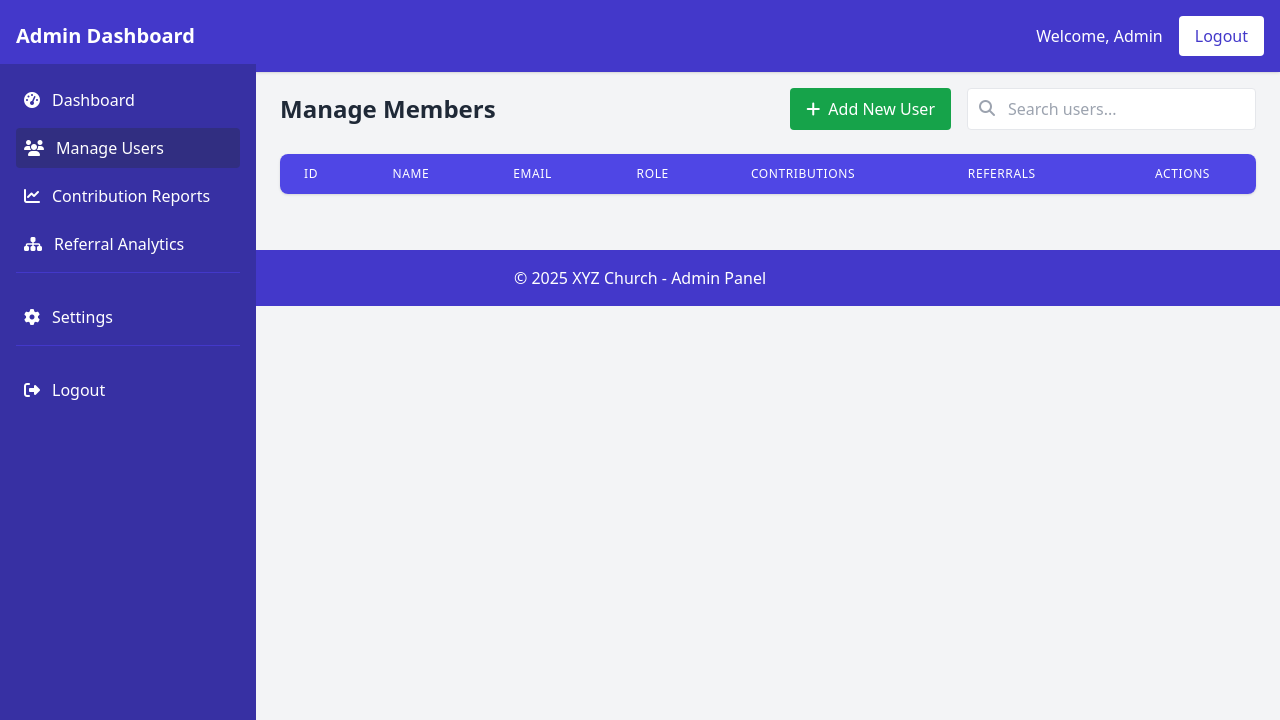
Repository: Lista-KM/church-platform
Page: http://localhost/admin/manage_users.php
These files come from the project's save history. The page is drawn as it stood at one moment and after the next save; the edit follows.
The browser window is 1280 px wide. The pictures show the whole page.
Some web libraries are served in a nearby version. The page is run by PHP 8.4 with error messages shown; the project is at /var/www/html/. The session is filled in as if someone had signed in: {"user_id": 1, "is_admin": 1}. Other server files are loaded and not shown. Queries for data that is not in the repository find no rows.

Above is the page before, as saved 2025-04-16 07:49:03.

### admin/manage_users.php
<?php
// MANAGE USERS - manage_users.php
include '../includes/auth.php';
include '../includes/functions.php';
include '../includes/db.php';

if (!($_SESSION['is_admin'] ?? false)) {
    header("Location: dashboard.php");
    exit();
}

// Process form submissions
if ($_SERVER['REQUEST_METHOD'] === 'POST') {
    // Handle user role update
    if (isset($_POST['action']) && $_POST['action'] === 'update_role') {
        $user_id = $_POST['user_id'] ?? 0;
        $is_admin = isset($_POST['is_admin']) ? 1 : 0;

        $stmt = $pdo->prepare("UPDATE users SET is_admin = ? WHERE id = ?");
        $result = $stmt->execute([$is_admin, $user_id]);

        if ($result) {
            $success_message = "User role updated successfully!";
        } else {
            $error_message = "Failed to update user role.";
        }
    }

    // Handle user deletion
    if (isset($_POST['action']) && $_POST['action'] === 'delete_user') {
        $user_id = $_POST['user_id'] ?? 0;

        // Check if user has referrals
        $stmt = $pdo->prepare("SELECT COUNT(*) as count FROM users WHERE referred_by = ?");
        $stmt->execute([$user_id]);
        $has_referrals = $stmt->fetch()['count'] > 0;

        if ($has_referrals) {
            $error_message = "Cannot delete user with referrals. Remove referrals first.";
        } else {
            // Delete user's contributions first (foreign key constraint)
            $stmt = $pdo->prepare("DELETE FROM contributions WHERE user_id = ?");
            $stmt->execute([$user_id]);

            // Delete user
            $stmt = $pdo->prepare("DELETE FROM users WHERE id = ?");
            $result = $stmt->execute([$user_id]);

            if ($result) {
                $success_message = "User deleted successfully!";
            } else {
                $error_message = "Failed to delete user.";
            }
        }
    }

    // Handle user edit
    if (isset($_POST['action']) && $_POST['action'] === 'edit_user') {
        $user_id = $_POST['user_id'] ?? 0;
        $name = $_POST['name'] ?? '';
        $email = $_POST['email'] ?? '';

        if (empty($name) || empty($email)) {
            $error_message = "Name and email are required.";
        } else {
            $stmt = $pdo->prepare("UPDATE users SET name = ?, email = ? WHERE id = ?");
            $result = $stmt->execute([$name, $email, $user_id]);

            if ($result) {
                $success_message = "User information updated successfully!";
            } else {
                $error_message = "Failed to update user information.";
            }
        }
    }
}

// Get all users
$stmt = $pdo->query("SELECT users.*, COALESCE(SUM(contributions.amount), 0) as total_contributions,
                    (SELECT COUNT(*) FROM users as u WHERE u.referred_by = users.id) as referral_count
                    FROM users
                    LEFT JOIN contributions ON users.id = contributions.user_id
                    GROUP BY users.id
                    ORDER BY users.name");
$users = $stmt->fetchAll();

?>
<!DOCTYPE html>
<html lang="en">

<head>
    <meta charset="UTF-8">
    <meta name="viewport" content="width=device-width, initial-scale=1.0">
    <title>Manage Users - Admin Dashboard</title>
    <script src="https://cdn.tailwindcss.com"></script>
    <link rel="stylesheet" href="https://cdnjs.cloudflare.com/ajax/libs/font-awesome/6.4.0/css/all.min.css">
</head>

<body class="bg-gray-100 text-gray-800">
    <!-- Header -->
    <header class="bg-indigo-700 text-white p-4 flex justify-between items-center shadow fixed w-full z-10">
        <div class="flex items-center">
            <button id="sidebar-toggle" class="mr-3 text-white md:hidden">
                <i class="fas fa-bars text-xl"></i>
            </button>
            <h1 class="text-xl font-semibold">Admin Dashboard</h1>
        </div>
        <div class="flex items-center space-x-4">
            <span class="hidden md:inline">Welcome, <?php echo htmlspecialchars($_SESSION['name'] ?? 'Admin'); ?></span>
            <a href="../logout.php"
                class="bg-white text-indigo-700 px-4 py-2 rounded hover:bg-gray-100 transition">Logout</a>
        </div>
    </header>

    <div class="flex pt-16">
        <!-- Sidebar -->
        <aside id="sidebar"
            class="bg-indigo-800 text-white w-64 min-h-screen fixed z-10 transition-transform duration-300 ease-in-out md:translate-x-0 transform -translate-x-full">
            <div class="p-4">

                <nav>
                    <ul class="space-y-2">
                        <li>
                            <a href="dashboard.php" class="flex items-center p-2 rounded hover:bg-indigo-900">
                                <i class="fas fa-tachometer-alt mr-3"></i>
                                <span>Dashboard</span>
                            </a>
                        </li>
                        <li>
                            <a href="manage_users.php" class="flex items-center p-2 rounded bg-indigo-900">
                                <i class="fas fa-users mr-3"></i>
                                <span>Manage Users</span>
                            </a>
                        </li>
                        <li>
                            <a href="contribution_reports.php"
                                class="flex items-center p-2 rounded hover:bg-indigo-900">
                                <i class="fas fa-chart-line mr-3"></i>
                                <span>Contribution Reports</span>
                            </a>
                        </li>
                        <li>
                            <a href="referral_analytics.php" class="flex items-center p-2 rounded hover:bg-indigo-900">
                                <i class="fas fa-sitemap mr-3"></i>
                                <span>Referral Analytics</span>
                            </a>
                        </li>
                        <li class="pt-6 border-t border-indigo-700 mt-6">
                            <a href="settings.php" class="flex items-center p-2 rounded hover:bg-indigo-900">
                                <i class="fas fa-cog mr-3"></i>
                                <span>Settings</span>
                            </a>
                        </li>
                        <li class="pt-6 border-t border-indigo-700 mt-6">
                            <a href="../logout.php" class="flex items-center p-2 rounded hover:bg-indigo-900">
                                <i class="fas fa-sign-out-alt mr-3"></i>
                                <span>Logout</span>
                            </a>
                        </li>
                    </ul>
                </nav>
            </div>
        </aside>

        <!-- Main Content -->
        <main class="flex-1 p-6 md:ml-64 transition-all duration-300 ease-in-out">
            <!-- Page Title and Actions -->
            <div class="flex flex-col md:flex-row md:justify-between md:items-center mb-6">
                <h2 class="text-2xl font-bold mb-4 md:mb-0">Manage Members</h2>
                <div class="flex flex-col md:flex-row gap-4">
                    <button id="addUserBtn"
                        class="bg-green-600 text-white px-4 py-2 rounded hover:bg-green-700 transition flex items-center">
                        <i class="fas fa-plus mr-2"></i> Add New User
                    </button>
                    <div class="relative">
                        <input type="text" id="userSearch" placeholder="Search users..."
                            class="pl-10 pr-4 py-2 border rounded w-full">
                        <i class="fas fa-search absolute left-3 top-3 text-gray-400"></i>
                    </div>
                </div>
            </div>

            <!-- Alerts -->
            <?php if (isset($success_message)): ?>
            <div class="bg-green-100 border-l-4 border-green-500 text-green-700 p-4 mb-6" role="alert">
                <p><?php echo $success_message; ?></p>
            </div>
            <?php endif; ?>

            <?php if (isset($error_message)): ?>
            <div class="bg-red-100 border-l-4 border-red-500 text-red-700 p-4 mb-6" role="alert">
                <p><?php echo $error_message; ?></p>
            </div>
            <?php endif; ?>

            <!-- Users Table -->
            <div class="bg-white rounded-lg shadow overflow-hidden">
                <div class="overflow-x-auto">
                    <table class="min-w-full divide-y divide-gray-200" id="usersTable">
                        <thead class="bg-indigo-600 text-white">
                            <tr>
                                <th class="px-6 py-3 text-left text-xs font-medium uppercase tracking-wider">ID</th>
                                <th class="px-6 py-3 text-left text-xs font-medium uppercase tracking-wider">Name</th>
                                <th class="px-6 py-3 text-left text-xs font-medium uppercase tracking-wider">Email</th>
                                <th class="px-6 py-3 text-left text-xs font-medium uppercase tracking-wider">Role</th>
                                <th class="px-6 py-3 text-left text-xs font-medium uppercase tracking-wider">
                                    Contributions</th>
                                <th class="px-6 py-3 text-left text-xs font-medium uppercase tracking-wider">Referrals
                                </th>
                                <th class="px-6 py-3 text-center text-xs font-medium uppercase tracking-wider">Actions
                                </th>
                            </tr>
                        </thead>
                        <tbody class="bg-white divide-y divide-gray-200">
                            <?php foreach ($users as $user): ?>
                            <tr class="hover:bg-gray-50">
                                <td class="px-6 py-4 whitespace-nowrap"><?php echo $user['id']; ?></td>
                                <td class="px-6 py-4 whitespace-nowrap"><?php echo htmlspecialchars($user['name']); ?>
                                </td>
                                <td class="px-6 py-4 whitespace-nowrap"><?php echo htmlspecialchars($user['email']); ?>
                                </td>
                                <td class="px-6 py-4 whitespace-nowrap">
                                    <span
                                        class="px-2 inline-flex text-xs leading-5 font-semibold rounded-full <?php echo $user['is_admin'] ? 'bg-indigo-100 text-indigo-800' : 'bg-gray-100 text-gray-800'; ?>">
                                        <?php echo $user['is_admin'] ? 'Admin' : 'User'; ?>
                                    </span>
                                </td>
                                <td class="px-6 py-4 whitespace-nowrap text-green-600 font-medium">
                                    $<?php echo number_format($user['total_contributions'], 2); ?>
                                </td>
                                <td class="px-6 py-4 whitespace-nowrap text-center">
                                    <?php echo $user['referral_count']; ?>
                                </td>
                                <td class="px-6 py-4 whitespace-nowrap text-center">
                                    <button class="text-indigo-600 hover:text-indigo-900 mx-1 editBtn"
                                        data-id="<?php echo $user['id']; ?>"
                                        data-name="<?php echo htmlspecialchars($user['name']); ?>"
                                        data-email="<?php echo htmlspecialchars($user['email']); ?>">
                                        <i class="fas fa-edit"></i>
                                    </button>
                                    <button class="text-blue-600 hover:text-blue-900 mx-1 roleBtn"
                                        data-id="<?php echo $user['id']; ?>"
                                        data-is-admin="<?php echo $user['is_admin']; ?>">
                                        <i class="fas fa-user-shield"></i>
                                    </button>
                                    <button class="text-red-600 hover:text-red-900 mx-1 deleteBtn"
                                        data-id="<?php echo $user['id']; ?>"
                                        data-name="<?php echo htmlspecialchars($user['name']); ?>">
                                        <i class="fas fa-trash-alt"></i>
                                    </button>
                                </td>
                            </tr>
                            <?php endforeach; ?>
                        </tbody>
                    </table>
                </div>
            </div>
        </main>
    </div>

    <!-- Add User Modal -->
    <div id="addUserModal" class="fixed inset-0 bg-gray-600 bg-opacity-50 flex items-center justify-center z-50 hidden">
        <div class="bg-white rounded-lg shadow-lg p-6 w-full max-w-md">
            <div class="flex justify-between items-center mb-4">
                <h3 class="text-xl font-bold">Add New User</h3>
                <button class="text-gray-500 hover:text-gray-700 closeModal">
                    <i class="fas fa-times"></i>
                </button>
            </div>
            <form action="process_add_user.php" method="POST">
                <div class="mb-4">
                    <label for="name" class="block text-gray-700 font-medium mb-2">Name</label>
                    <input type="text" id="name" name="name"
                        class="w-full px-4 py-2 border rounded focus:outline-none focus:ring-2 focus:ring-indigo-500"
                        required>
                </div>
                <div class="mb-4">
                    <label for="email" class="block text-gray-700 font-medium mb-2">Email</label>
                    <input type="email" id="email" name="email"
                        class="w-full px-4 py-2 border rounded focus:outline-none focus:ring-2 focus:ring-indigo-500"
                        required>
                </div>
                <div class="mb-4">
                    <label for="password" class="block text-gray-700 font-medium mb-2">Password</label>
                    <input type="password" id="password" name="password"
                        class="w-full px-4 py-2 border rounded focus:outline-none focus:ring-2 focus:ring-indigo-500"
                        required>
                </div>
                <div class="mb-4">
                    <label class="flex items-center">
                        <input type="checkbox" name="is_admin" class="mr-2">
                        <span>Admin Access</span>
                    </label>
                </div>
                <div class="flex justify-end">
                    <button type="button"
                        class="bg-gray-300 text-gray-800 px-4 py-2 rounded mr-2 closeModal">Cancel</button>
                    <button type="submit" class="bg-indigo-600 text-white px-4 py-2 rounded hover:bg-indigo-700">Add
                        User</button>
                </div>
            </form>
        </div>
    </div>

    <!-- Edit User Modal -->
    <div id="editUserModal"
        class="fixed inset-0 bg-gray-600 bg-opacity-50 flex items-center justify-center z-50 hidden">
        <div class="bg-white rounded-lg shadow-lg p-6 w-full max-w-md">
            <div class="flex justify-between items-center mb-4">
                <h3 class="text-xl font-bold">Edit User</h3>
                <button class="text-gray-500 hover:text-gray-700 closeModal">
                    <i class="fas fa-times"></i>
                </button>
            </div>
            <form method="POST">
                <input type="hidden" name="action" value="edit_user">
                <input type="hidden" name="user_id" id="edit_user_id">
                <div class="mb-4">
                    <label for="edit_name" class="block text-gray-700 font-medium mb-2">Name</label>
                    <input type="text" id="edit_name" name="name"
                        class="w-full px-4 py-2 border rounded focus:outline-none focus:ring-2 focus:ring-indigo-500"
                        required>
                </div>
                <div class="mb-4">
                    <label for="edit_email" class="block text-gray-700 font-medium mb-2">Email</label>
                    <input type="email" id="edit_email" name="email"
                        class="w-full px-4 py-2 border rounded focus:outline-none focus:ring-2 focus:ring-indigo-500"
                        required>
                </div>
                <div class="flex justify-end">
                    <button type="button"
                        class="bg-gray-300 text-gray-800 px-4 py-2 rounded mr-2 closeModal">Cancel</button>
                    <button type="submit" class="bg-indigo-600 text-white px-4 py-2 rounded hover:bg-indigo-700">Update
                        User</button>
                </div>
            </form>
        </div>
    </div>

    <!-- Change Role Modal -->
    <div id="roleUserModal"
        class="fixed inset-0 bg-gray-600 bg-opacity-50 flex items-center justify-center z-50 hidden">
        <div class="bg-white rounded-lg shadow-lg p-6 w-full max-w-md">
            <div class="flex justify-between items-center mb-4">
                <h3 class="text-xl font-bold">Change User Role</h3>
                <button class="text-gray-500 hover:text-gray-700 closeModal">
                    <i class="fas fa-times"></i>
                </button>
            </div>
            <form method="POST">
                <input type="hidden" name="action" value="update_role">
                <input type="hidden" name="user_id" id="role_user_id">
                <div class="mb-4">
                    <label class="flex items-center">
                        <input type="checkbox" name="is_admin" id="is_admin_checkbox" class="mr-2">
                        <span>Admin Access</span>
                    </label>
                    <p class="text-sm text-gray-500 mt-2">
                        Admins have full access to manage users, view reports, and modify system settings.
                    </p>
                </div>
                <div class="flex justify-end">
                    <button type="button"
                        class="bg-gray-300 text-gray-800 px-4 py-2 rounded mr-2 closeModal">Cancel</button>
                    <button type="submit" class="bg-blue-600 text-white px-4 py-2 rounded hover:bg-blue-700">Update
                        Role</button>
                </div>
            </form>
        </div>
    </div>

    <!-- Delete User Modal -->
    <div id="deleteUserModal"
        class="fixed inset-0 bg-gray-600 bg-opacity-50 flex items-center justify-center z-50 hidden">
        <div class="bg-white rounded-lg shadow-lg p-6 w-full max-w-md">
            <div class="flex justify-between items-center mb-4">
                <h3 class="text-xl font-bold">Delete User</h3>
                <button class="text-gray-500 hover:text-gray-700 closeModal">
                    <i class="fas fa-times"></i>
                </button>
            </div>
            <p class="mb-4">Are you sure you want to delete <span id="delete_user_name" class="font-semibold"></span>?
                This action cannot be undone.</p>
            <form method="POST">
                <input type="hidden" name="action" value="delete_user">
                <input type="hidden" name="user_id" id="delete_user_id">
                <div class="flex justify-end">
                    <button type="button"
                        class="bg-gray-300 text-gray-800 px-4 py-2 rounded mr-2 closeModal">Cancel</button>
                    <button type="submit" class="bg-red-600 text-white px-4 py-2 rounded hover:bg-red-700">Delete
                        User</button>
                </div>
            </form>
        </div>
    </div>

    <!-- Footer -->
    <footer class="bg-indigo-700 text-white text-center py-4 mt-8">
        <p>&copy; 2025 XYZ Church - Admin Panel</p>
    </footer>

    <script>
    // Sidebar toggle functionality
    const sidebarToggle = document.getElementById('sidebar-toggle');
    const sidebar = document.getElementById('sidebar');
    const main = document.querySelector('main');

    sidebarToggle.addEventListener('click', () => {
        sidebar.classList.toggle('-translate-x-full');
        main.classList.toggle('md:ml-0');
    });

    // Handle window resize
    window.addEventListener('resize', () => {
        if (window.innerWidth >= 768) {
            main.classList.add('md:ml-64');
            sidebar.classList.add('md:translate-x-0');
        } else {
            sidebar.classList.add('-translate-x-full');
            main.classList.remove('md:ml-0');
        }
    });

    // Modal functionality
    const addUserBtn = document.getElementById('addUserBtn');
    const addUserModal = document.getElementById('addUserModal');

    // Edit User Modal functions
    const editUserModal = document.getElementById('editUserModal');
    const editBtns = document.querySelectorAll('.editBtn');

    // Role User Modal functions
    const roleUserModal = document.getElementById('roleUserModal');
    const roleBtns = document.querySelectorAll('.roleBtn');

    // Delete User Modal functions
    const deleteUserModal = document.getElementById('deleteUserModal');
    const deleteBtns = document.querySelectorAll('.deleteBtn');

    // Close modal buttons
    const closeModalBtns = document.querySelectorAll('.closeModal');

    // Add User Modal
    addUserBtn.addEventListener('click', () => {
        addUserModal.classList.remove('hidden');
    });

    // Edit User Modal
    editBtns.forEach(btn => {
        btn.addEventListener('click', () => {
            const userId = btn.dataset.id;
            const userName = btn.dataset.name;
            const userEmail = btn.dataset.email;

            document.getElementById('edit_user_id').value = userId;
            document.getElementById('edit_name').value = userName;
            document.getElementById('edit_email').value = userEmail;

            editUserModal.classList.remove('hidden');
        });
    });

    // Role User Modal
    roleBtns.forEach(btn => {
        btn.addEventListener('click', () => {
            const userId = btn.dataset.id;
            const isAdmin = btn.dataset.isAdmin === '1';

            document.getElementById('role_user_id').value = userId;
            document.getElementById('is_admin_checkbox').checked = isAdmin;

            roleUserModal.classList.remove('hidden');
        });
    });

    // Delete User Modal
    deleteBtns.forEach(btn => {
        btn.addEventListener('click', () => {
            const userId = btn.dataset.id;
            const userName = btn.dataset.name;

            document.getElementById('delete_user_id').value = userId;
            document.getElementById('delete_user_name').textContent = userName;

            deleteUserModal.classList.remove('hidden');
        });
    });

    // Close all modals
    closeModalBtns.forEach(btn => {
        btn.addEventListener('click', () => {
            addUserModal.classList.add('hidden');
            editUserModal.classList.add('hidden');
            roleUserModal.classList.add('hidden');
            deleteUserModal.classList.add('hidden');
        });
    });

    // Table search functionality
    const userSearch = document.getElementById('userSearch');
    const usersTable = document.getElementById('usersTable');

    userSearch.addEventListener('keyup', function() {
        const searchText = this.value.toLowerCase();
        const rows = usersTable.querySelectorAll('tbody tr');

        rows.forEach(row => {
            const text = row.textContent.toLowerCase();
            row.style.display = text.includes(searchText) ? '' : 'none';
        });
    });
    </script>
</body>

</html>

### includes/auth.php
<?php
session_start();
if (!isset($_SESSION['user_id'])) {
    header("Location: ../login.php");
    exit();
}

### includes/functions.php
<?php
function sanitize($input) {
    return htmlspecialchars(trim($input), ENT_QUOTES, 'UTF-8');
}

### includes/db.php
<?php
$host = 'localhost';
$db   = 'church_platform';
$user = 'lista';
$pass = 'farmgate@2024!';
$charset = 'utf8mb4';

$dsn = "mysql:host=$host;dbname=$db;charset=$charset";
$options = [
    PDO::ATTR_ERRMODE            => PDO::ERRMODE_EXCEPTION,
    PDO::ATTR_DEFAULT_FETCH_MODE => PDO::FETCH_ASSOC,
];

try {
    $pdo = new PDO($dsn, $user, $pass, $options);
} catch (\PDOException $e) {
    exit("Database connection failed: " . $e->getMessage());
}

After the next save:
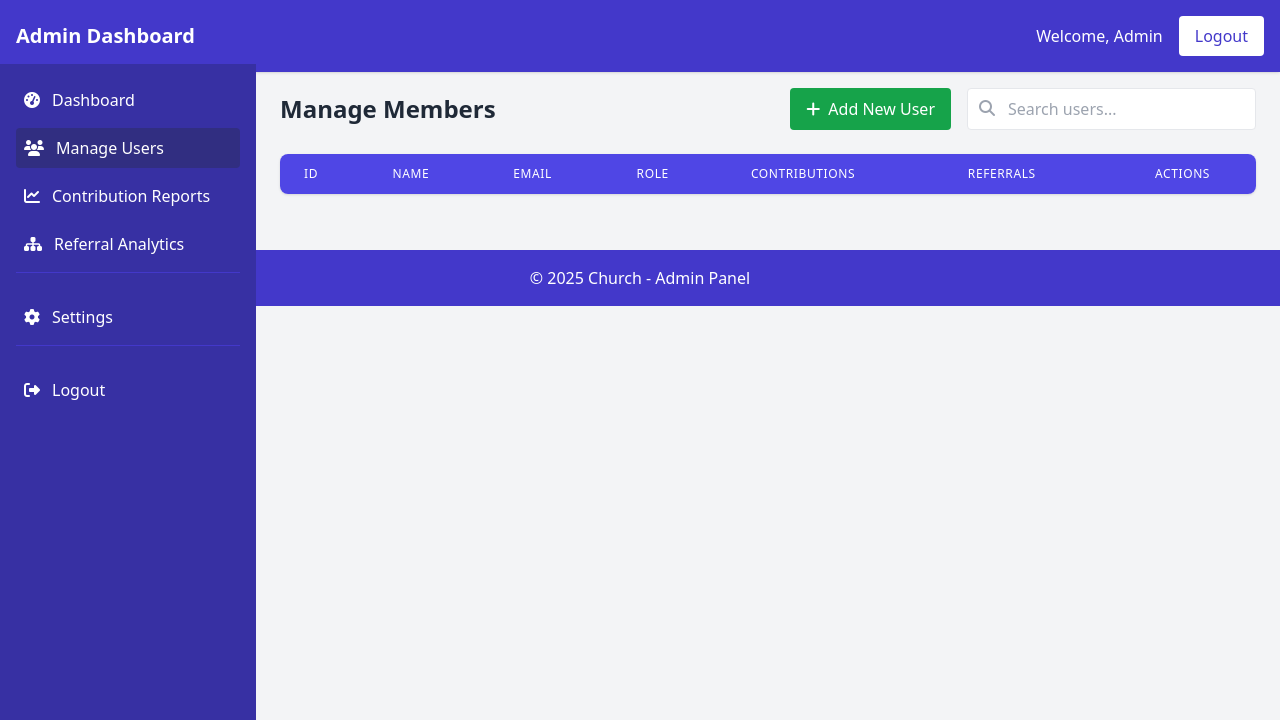
Saved 4 min 32 s later.
--- a/admin/manage_users.php
+++ b/admin/manage_users.php
@@ -396,7 +396,7 @@ $users = $stmt->fetchAll();
 
     <!-- Footer -->
     <footer class="bg-indigo-700 text-white text-center py-4 mt-8">
-        <p>&copy; 2025 XYZ Church - Admin Panel</p>
+        <p>&copy; 2025 Church - Admin Panel</p>
     </footer>
 
     <script>
